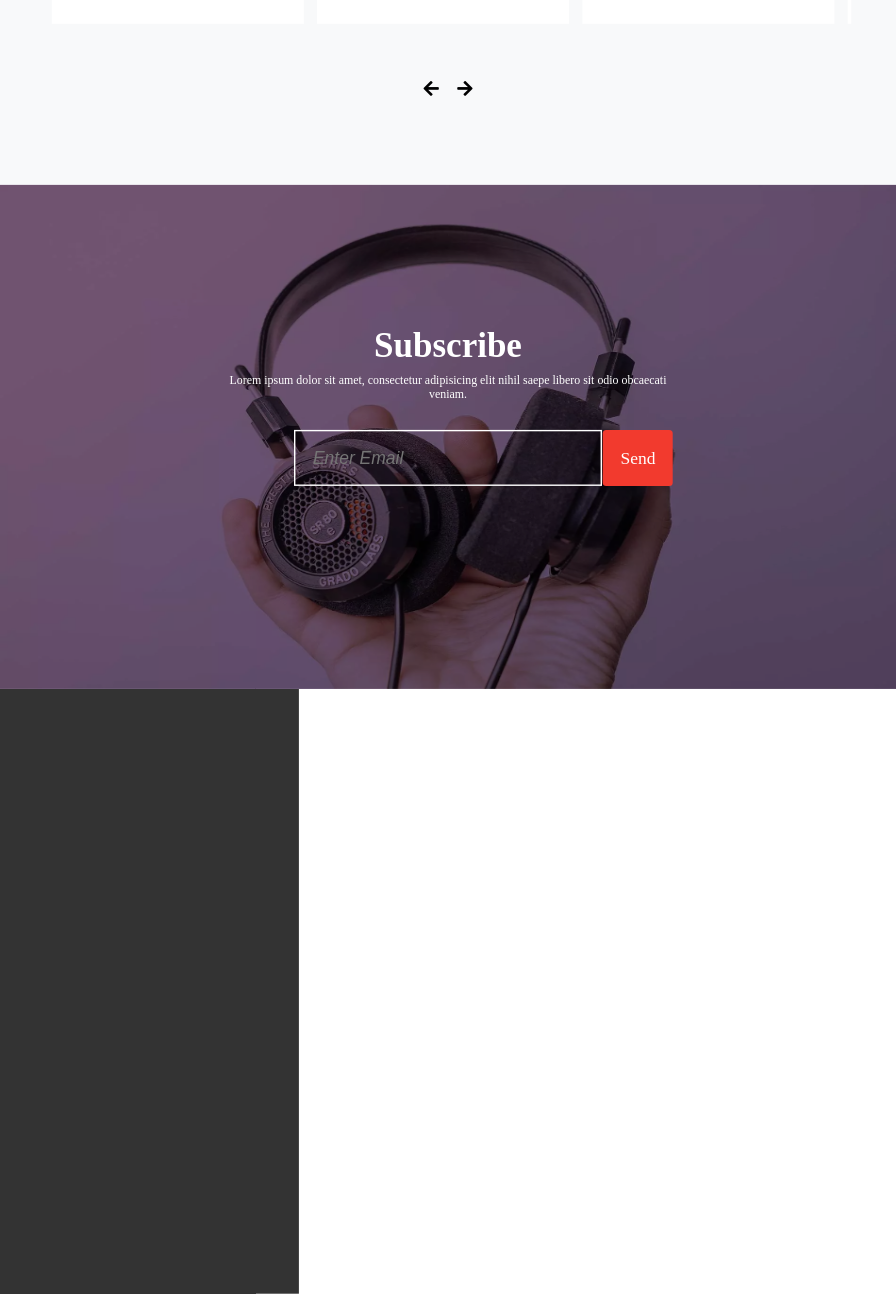
Repository: nhutduy0803/template2
Page: index.html
The author's editor kept a copy of each file at every save. The page is drawn from the files as they stood at one save, then again after the next save.
The browser window is 1280 px wide. The pictures show the part of the page from y = 4533 to 6453 px (the page is 6381 px tall before and 6453 px after), at 70% of full size.

Above is the page before, as saved 2021-12-10 18:28:13.

After the next save:
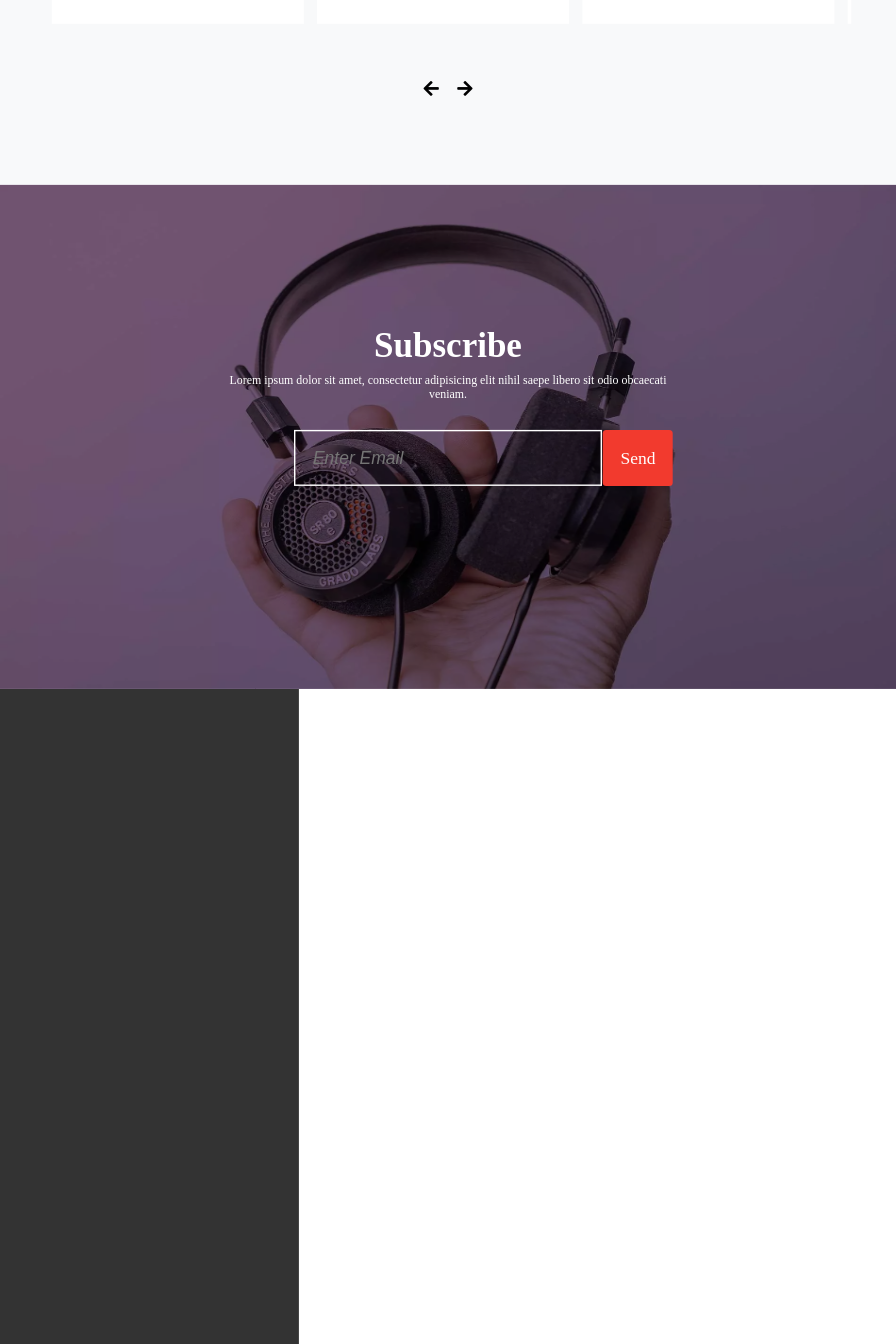
Saved 4 s later.
--- a/assets/css/style.css
+++ b/assets/css/style.css
@@ -799,5 +799,5 @@
   margin-top: -200px;
   width: 33.3333%;
   background-color: #333333;
-  height: 120vh;
-}
+  height: 130vh;
+}
